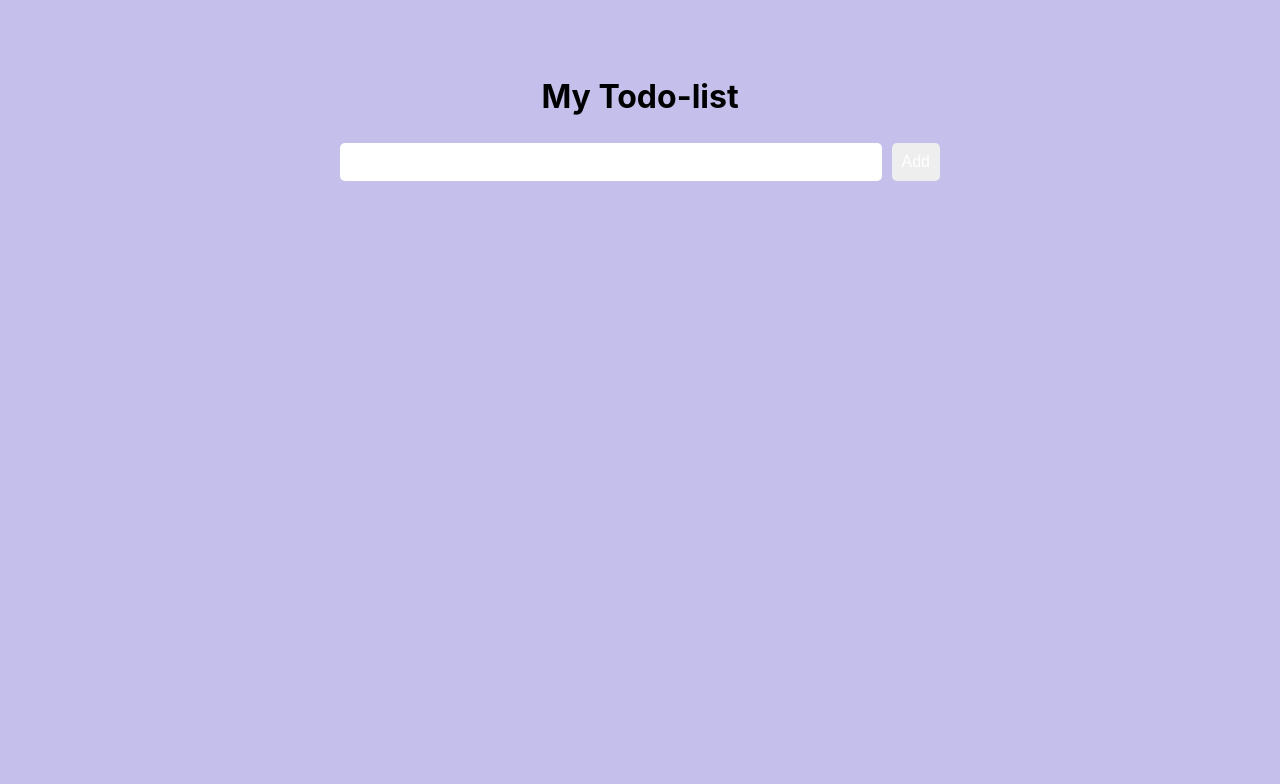
Repository: bianphang/todo-list_vanilla-js
Page: index.html
The author's editor kept a copy of each file at every save. The page is drawn from the files as they stood at one save, then again after the next save.
The browser window is 1280 px wide. The pictures show the whole page.

Above is the page before, as saved 2024-06-10 14:52:48.

### index.html
<!DOCTYPE html>
<html lang="en">
  <head>
    <meta charset="UTF-8" />
    <meta name="viewport" content="width=device-width, initial-scale=1.0" />
    <title>Todo List</title>
    <link rel="stylesheet" href="styles.css" />
  </head>
  <body>
    <div class="container">
      <h1 class="title">My Todo-list</h1>
      <form class="form" id="addForm">
        <input class="input" id="addInput" type="text" />
        <button class="btn">Add</button>
      </form>
      <ul class="todo-list" id="todoList"></ul>
    </div>
    <script src="script.js"></script>
  </body>
</html>

### styles.css
body {
  font-family: Inter, system-ui, Avenir, Helvetica, Arial, sans-serif;
  line-height: 1.5;
  font-weight: 400;

  color-scheme: light dark;
  color: #000;
  background-color: rgba(108, 99, 205, 0.4);
  max-width: 1280px;
  min-height: 100vh;
  margin: 0 auto;
  padding: 2rem;
  text-align: center;
}

.container {
  max-width: 600px;
  padding: 20px;
  position: relative;
  top: 0;
  left: 50%;
  transform: translate(-50%, 0);
}

.title {
  text-align: center;
}

.todo-list {
  min-height: 200px;
  list-style: none;
  padding: 0;
  margin-top: 50px;
}

.todo-item {
  display: flex;
  justify-content: space-between;
  align-items: center;

  max-width: 100%;
  padding: 10px;
  margin-bottom: 10px;
  font-size: 16px;
  border-radius: 10px;
  border: 2px solid gray;
  background-color: #f5f5f5;
}

.todo-item .todo-label {
  flex: 1;
  font-size: 20px;
  text-align: left;
  color: black;
}

.todo-item .todo-action {
  display: flex;
  gap: 10px;
}

.form {
  width: 100%;
  display: flex;
  align-items: center;
  gap: 10px;
}

.input {
  flex: 1;
  padding: 10px;
  font-size: 16px;
  border-radius: 5px;
  border: none;
}

.btn {
  padding: 10px;
  font-size: 16px;
  color: #fff;
  background-color: #eee;
  border-radius: 5px;
  border: none;
  cursor: pointer;
}

.btn:hover {
  opacity: 0.7;
}

.btn.btn-edit {
  background-color: #baa800;
}

.btn.btn-delete {
  background-color: #dc3545;
}

.btn.btn-done {
  background-color: #28a745;
}

.todo-item.done {
  background-color: #565656;
}

.todo-item.done .todo-label {
  text-decoration: line-through;
  color: white;
}

.todo-item.done .btn-done {
  background-color: #baa800;
}

Loaded but not shown: script.js (no stored copy; drawn as an empty file)

After the next save:
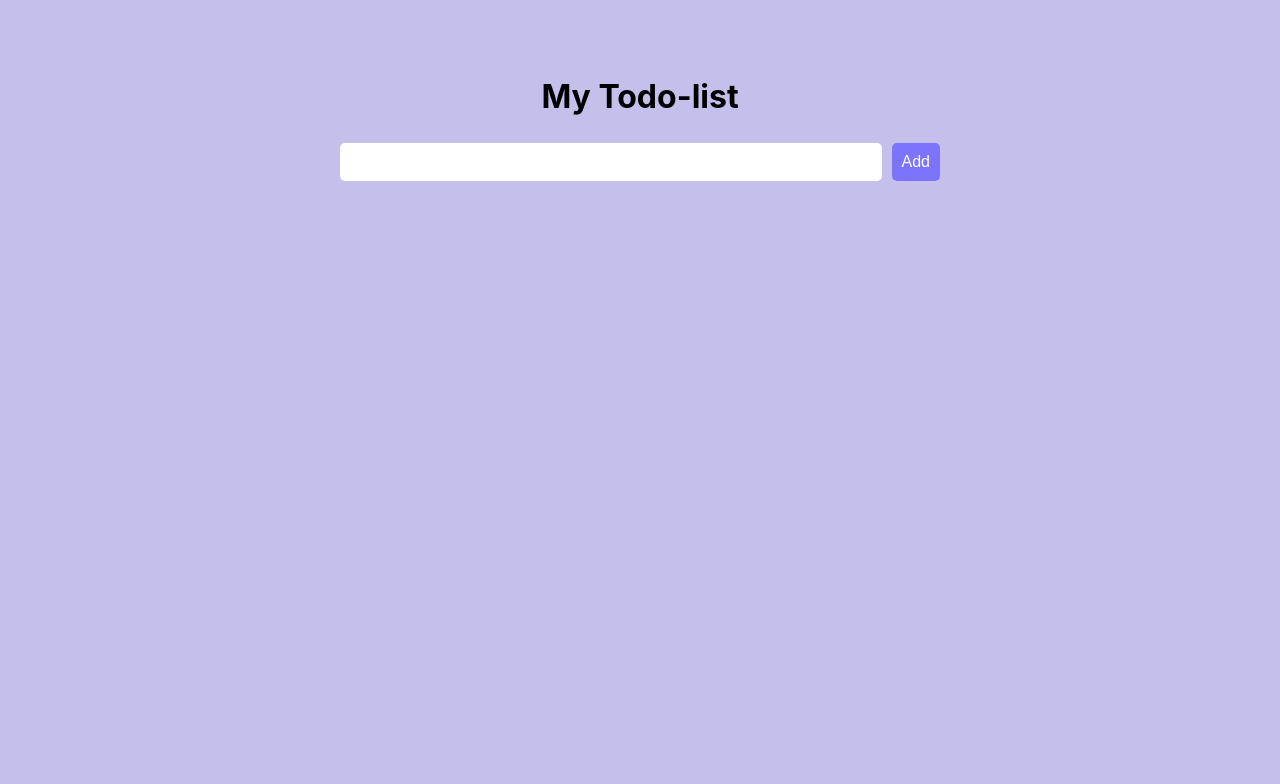
Saved 10 s later.
--- a/styles.css
+++ b/styles.css
@@ -78,7 +78,7 @@ body {
   padding: 10px;
   font-size: 16px;
   color: #fff;
-  background-color: #eee;
+  background-color: #7c74fd;
   border-radius: 5px;
   border: none;
   cursor: pointer;
